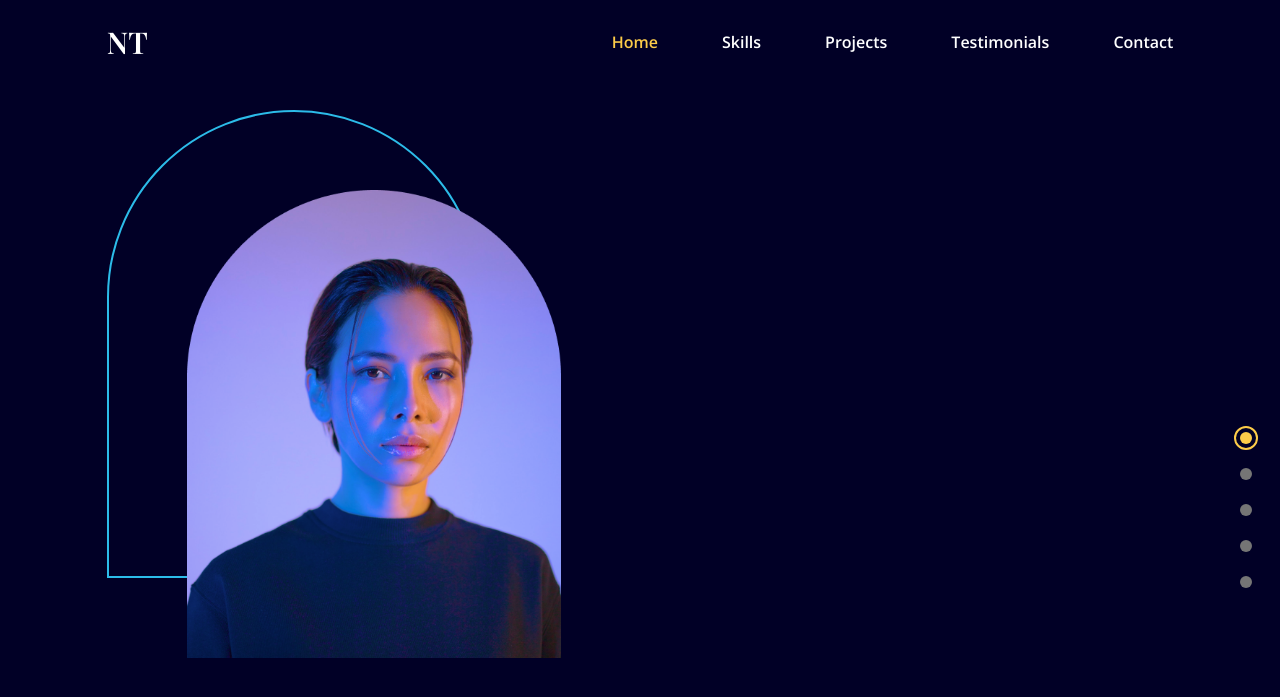
Repository: thibaultNicolas/portfolio-react
Page: /
An editor plug-in stored every save of this project. The page is shown before and after a run of saves, followed by the edit.
The browser window is 1280 px wide. The pictures show the whole page.
The project was rebuilt for these pictures with package versions that can differ from the ones it lists, and the page was loaded fresh each time. Also part of the build but not shown: next.config.ts.

Above is the page before, as saved 2023-01-08 10:34:20.

After the next 2 saves:
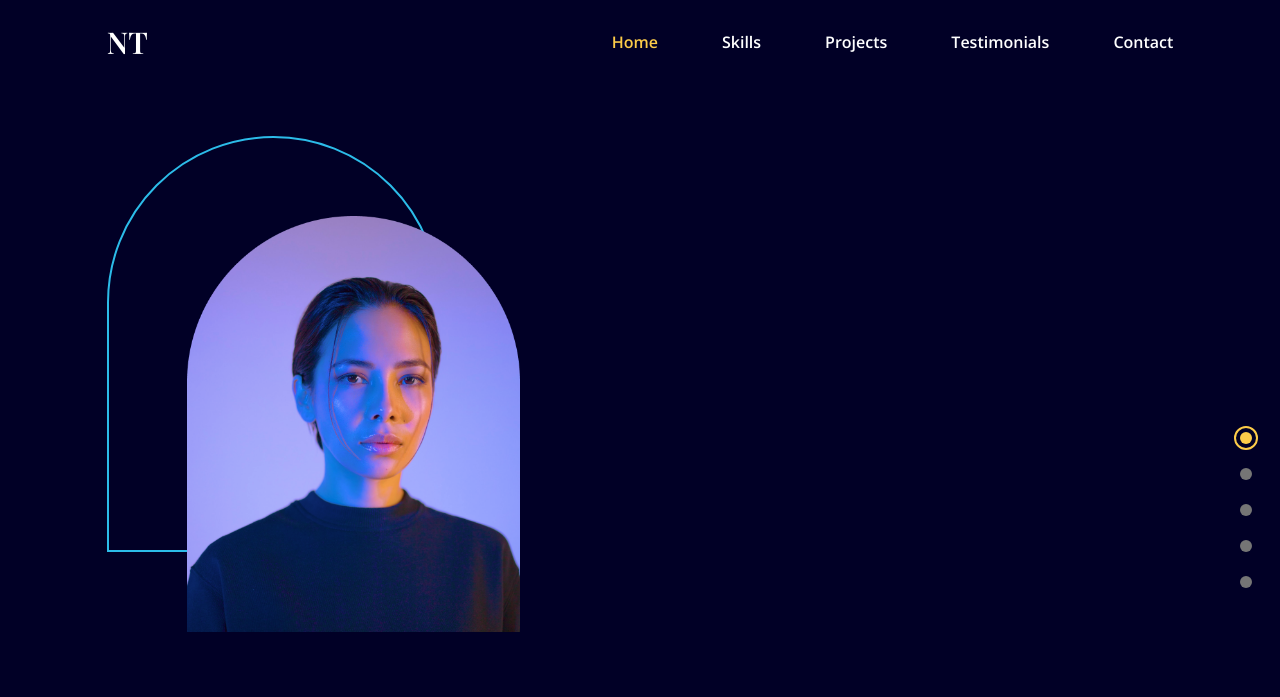
The 2 saves are shown as one change because they came seconds apart.
The last was saved 7 s later.
--- a/src/scenes/Landing.jsx
+++ b/src/scenes/Landing.jsx
@@ -40,9 +40,9 @@ const Landing = ({ setSelectedPage }) => {
                             visibile:{opacity:1, x:0}
                         }}
                     >
-                        <p className='text-6xl font-playfair z-10 text-center md:text-start'>Jane {""}
+                        <p className='text-6xl font-playfair z-10 text-center md:text-start'>Nicolas {""}
                         <span>
-                            Esper
+                            Thibault
                         </span>
                         </p>
                     </motion.div>
